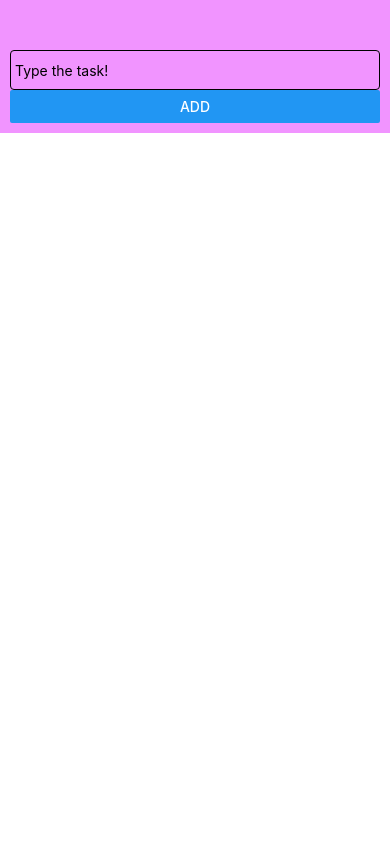
Repository: md-ateeq/ToDoApp
Screen: /
These files come from the project's save history. The screen is drawn as it stood at one moment and after the next save; the edit follows.
The app was drawn by React Native's web renderer in a window 390 px wide. The project was rebuilt for these pictures with package versions that can differ from the ones it lists, and the page was loaded fresh each time.

Above is the screen before, as saved 2019-09-20 18:25:23.

After the next save:
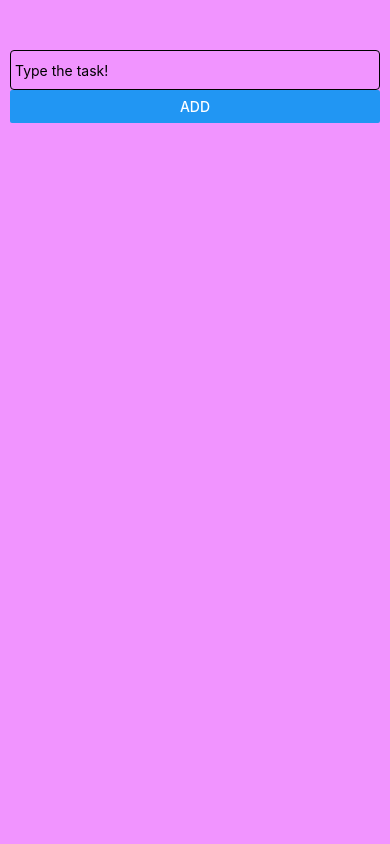
Saved 4 s later.
--- a/App.js
+++ b/App.js
@@ -29,7 +29,7 @@ export default class createTaskList extends Component {
 
   render() {
     return (
-      <View style={{padding: 10, backgroundColor: '#f194ff',}}>
+      <View style={{padding: 10, backgroundColor: '#f194ff', flex: 1}}>
         <TextInput
           style={{height: 40, marginTop: 40, borderWidth: 1, borderRadius: 4, padding: 4}}
           placeholder="Type the task!"
